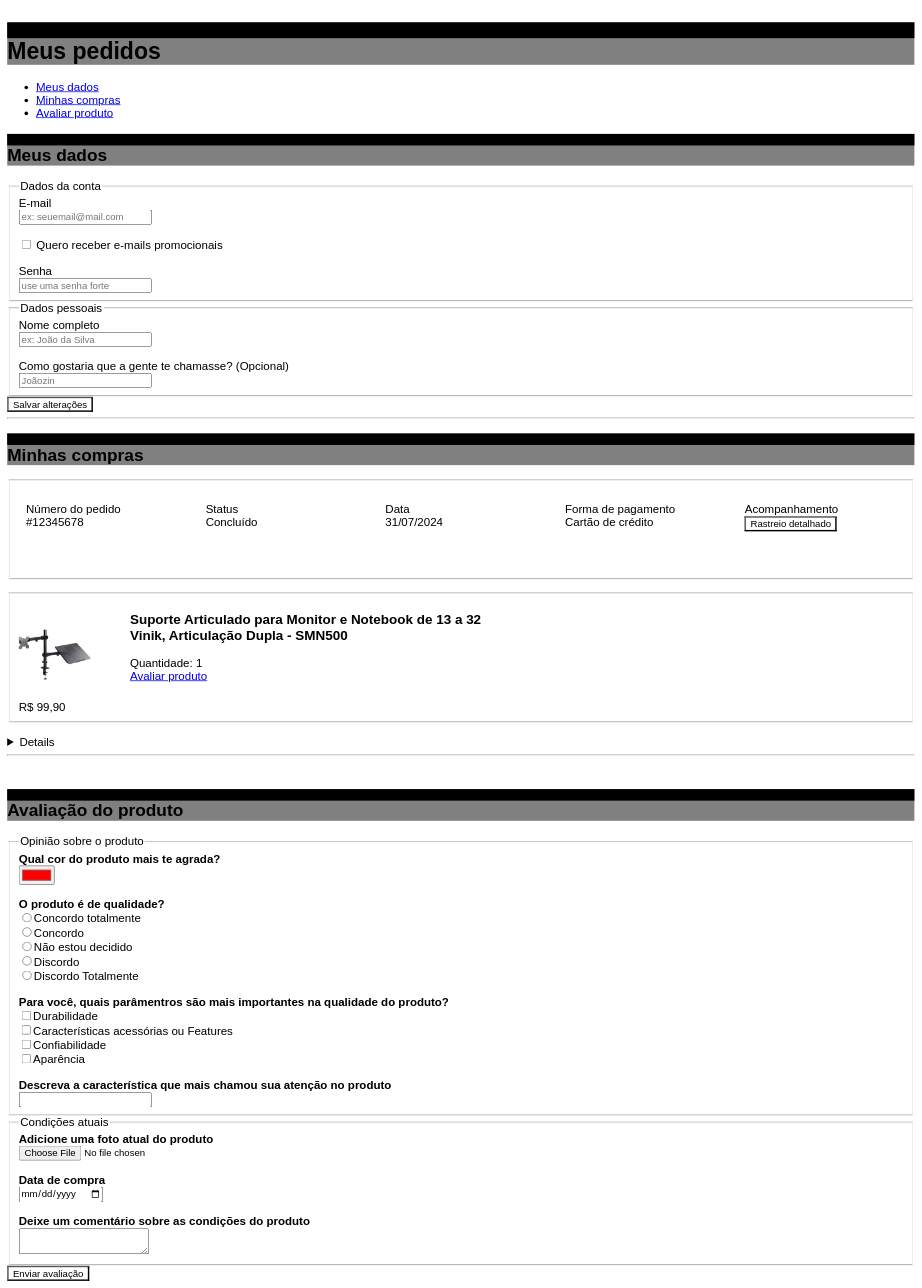
Repository: claudemir-camargo/site-compras
Page: index.html
The author's editor kept a copy of each file at every save. The page is drawn from the files as they stood at one save, then again after the next save.
The browser window is 1280 px wide. The pictures show the whole page, at 72% of full size.

Above is the page before, as saved 2024-03-10 00:50:59.

### index.html
<!DOCTYPE html>
<html lang="en">

<head>
    <meta charset="UTF-8">
    <meta name="viewport" content="width=device-width, initial-scale=1.0">
    <link rel="stylesheet" type="text/css" href="css/style.css" />
    <title>Site de Compras</title>
</head>

<body>
    <h1>Meus pedidos</h1>
    <ul>
        <li><a href="#meus-dados">Meus dados</a></li>
        <li><a href="#minhas-compras">Minhas compras</a></li>
        <li><a href="#avaliacao-produto">Avaliar produto</a></li>
    </ul>
    <h2 id="meus-dados">Meus dados</h2>
    <!-- Conta -->
    <fieldset>
        <legend>Dados da conta</legend>
        <form>
            <label>E-mail</label><br>
            <input type="email" id="email" name="email" placeholder="ex: seuemail@mail.com"><br><br>
            <input type="checkbox">
            <label>Quero receber e-mails promocionais</label><br><br>
            <label>Senha</label><br>
            <input type="password" placeholder="use uma senha forte">
        </form>
    </fieldset>
    <!-- Pessoais -->
    <fieldset>
        <legend>Dados pessoais</legend>
        <form>
            <label>Nome completo</label><br>
            <input type="text" placeholder="ex: João da Silva"><br><br>
            <label>Como gostaria que a gente te chamasse? (Opcional) </label><br>
            <input type="text" placeholder="Joãozin">
        </form>
    </fieldset>
    <button type="button">Salvar alterações</button>
    <hr>
    <!-- Minhas compras -->
    <h2 id="minhas-compras">Minhas compras</h2>
    <fieldset>
        <div class="container">
            <div id="div1">
                <p>Número do pedido<br>#12345678</p>
            </div>
            <div id="div2">
                <p>Status<br>Concluído</p>
            </div>
            <div id="div3">
                <p>Data<br>31/07/2024</p>
            </div>
            <div id="div4">
                <p>Forma de pagamento<br>Cartão de crédito</p>
            </div>
            <div id="div5">
                <p>Acompanhamento<br><a href="#rastreioModal"><button>Rastreio detalhado</button></a></p>
            </div>
        </div>
    </fieldset>
    <div id="rastreioModal" class="modal">
        <h2>Rastreio detalhado</h2>
        <p>Seu pedido foi entregue com sucesso!<br>
            Entregue por: GFL<br>
            Código de rasteeio: 123456789<br>
            Entregue em: 31/07/2024<br>
        </p>
        <a href="#">Fechar</a>
    </div>

    <!-- Produto -->
    <br>
    <fieldset>
        <div class="container1">
            <div class="imagem"><img src="img/suporte.jpg" alt="Suporte"></div>
        <div class="produto">
            <h3>
                <p>Suporte Articulado para Monitor e Notebook de 13 a 32 Vinik,
                    Articulação Dupla - SMN500</p>
            </h3>
            Quantidade: 1<br>
            <a href="#avaliacao-produto">Avaliar produto</a><br>
        </div>
        <div class="preco">R$ 99,90</div>
        </div>
    </fieldset>
    <br>
    <details tag="Detalhes de Envio e Pagamento">
        <p></p>
        <strong>Endereço de entrega</strong><br>
        Avenida Estelita Falcão<br>
        Número 12, Centro<br>
        CEP 48170-970 - Itapetininga/São Paulo
        <br><br>
        <strong>Forma de Pagamento</strong><br>
        Cartão de crédito<br>
        Master Card **** **** **** 1234<br>
        Titular: Claudemir Camargo
        <br><br>
        <strong>Frete</strong>
        R$ 15,50<br>
        Enviado por GFL<br>
        Entregue
    </details>
    <hr>
    <br>
    <form>
        <h2 id="avaliacao-produto">Avaliação do produto</h2>
        <fieldset>
            <legend>Opinião sobre o produto</legend>
            <label><strong>Qual cor do produto mais te agrada?</strong></label><br>
            <input type="color" value="#ff0000"><br><br>
            <label><strong>O produto é de qualidade?</strong></label><br>
            <input type="radio" name="qualidade"><label>Concordo totalmente</label><br>
            <input type="radio" name="qualidade"><label>Concordo</label><br>
            <input type="radio" name="qualidade"><label>Não estou decidido</label><br>
            <input type="radio" name="qualidade"><label></label>Discordo</label><br>
            <input type="radio" name="qualidade"><label></label>Discordo Totalmente</label>
            <br><br>
            <label><strong>Para você, quais parâmentros são mais importantes na qualidade do
                    produto?</strong></label><br>
            <input type="checkbox"><label>Durabilidade</label><br>
            <input type="checkbox"><label>Características acessórias ou Features</label><br>
            <input type="checkbox"><label>Confiabilidade</label><br>
            <input type="checkbox"><label>Aparência</label>
            <br><br>
            <label><strong>Descreva a característica que mais chamou sua atenção no produto</strong></label><br>
            <input list="browsers" name="browser" id="browser">
            <datalist id="browsers">
                <option value="Cor">
                <option value="Tamanho">
                <option value="Peso">
                <option value="Material">
            </datalist>
        </fieldset>
        <fieldset>
            <legend>Condições atuais</legend>
            <label><strong>Adicione uma foto atual do produto</strong></label><br>
            <input type="file">
            <br><br>
            <label><strong>Data de compra</strong></label><br>
            <input type="date">
            <br><br>
            <label><strong>Deixe um comentário sobre as condições do produto</strong></label><br>
            <textarea name="comentario"></textarea>
        </fieldset>
        <button type="button">Enviar avaliação</button>
    </form>
</body>

</html>

### css/style.css
* {
    font-family: Arial, Helvetica, sans-serif;
}

h1, h2 {
    border-top: 1cap solid black;
    background-color: gray;
}

img {
    height: 70px;
    width: 100px;
}

body{
    margin: 5px;
    padding: 5px;
    /*background-color: green;*/
}

button {
    background-color:white;

}

.container {
    display: flex;
    gap: 20px;
}

#div1, #div2, #div3, #div4, #div5 {
    flex: 1;
    width: 100px;
    height: 100px;
    display: inline-block;
    padding: 10px;
}

.container1 {
    display: inline-block;
    /*gap: 33px;*/
}

#imagem, #produto, #preco {
    flex: 1;
    display: inline;
    padding: 10px;
}

.imagem {
    width: 150px;
    height: 100px;
    display: inline-block;
}

.produto {
    width: 500px;
    height: 100px;
    display: inline-block;
}

.modal {
    display: none;
    position: fixed;
    top: 50%;
    left: 50%;
    transform: translate(-50%, -50%);
    background-color: #f9f9f9;
    padding: 20px;
    border: 1px solid #ccc;
    box-shadow: 0 2px 10px rgba(0, 0, 0, 0.1);
    z-index: 1000;
}

.modal:target {
    display: block;
}

After the next save:
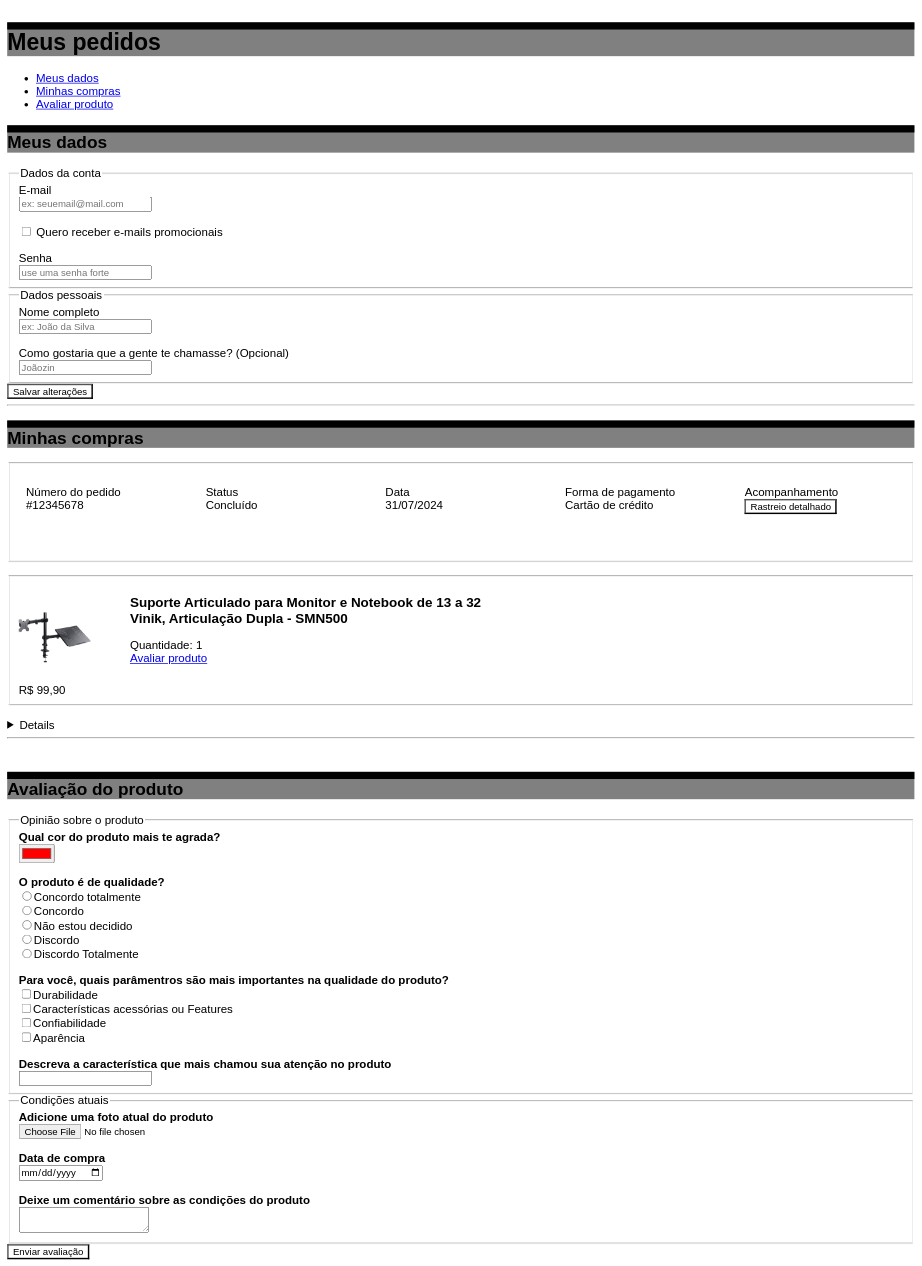
Saved 4 s later.
--- a/css/style.css
+++ b/css/style.css
@@ -3,7 +3,7 @@
 }
 
 h1, h2 {
-    border-top: 1cap solid black;
+    border-top: 10px solid black;
     background-color: gray;
 }
 
